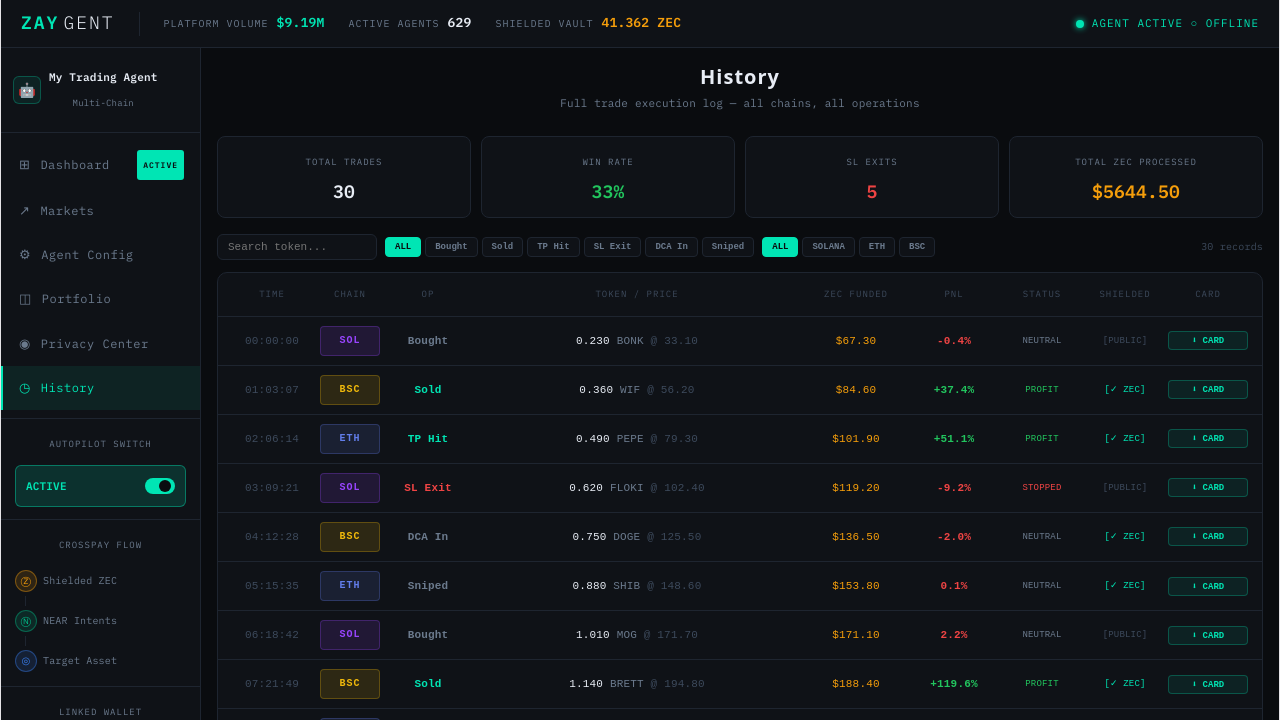
Repository: joshuaonazi/ZayAgent
Page: / (app in zaygent/), after clicking the first element matching `nav > :nth-child(6)`
An editor plug-in stored every save of this project. The page is shown before and after the next save, followed by the edit.
The browser window is 1280 px wide. The pictures show the whole page.
The page's requests for data from a server got no answer. An inner scrolling area shows only its first screen. The project was rebuilt for these pictures with package versions that can differ from the ones it lists, and the page was loaded fresh each time. No one was signed in, and anything a server would have sent is missing. Also part of the build but not shown: zaygent/vite.config.js, zaygent/src/components/ActivityRow.jsx, zaygent/src/pages/Markets.jsx, zaygent/src/pages/AgentConfig.jsx, zaygent/src/components/PnLCard.jsx, zaygent/src/components/PnLCardModal.jsx, zaygent/src/pages/Portfolio.jsx, zaygent/src/pages/PrivacyCenter.jsx.

Above is the page before, as saved 2026-06-03 23:47:28.

### zaygent/index.html
<!doctype html>
<html lang="en">
  <head>
    <meta charset="UTF-8" />
    <link rel="icon" type="image/svg+xml" href="/favicon.svg" />
    <meta name="viewport" content="width=device-width, initial-scale=1.0" />
    <title>zaygent</title>
  </head>
  <body>
    <div id="root"></div>
    <script type="module" src="/src/main.jsx"></script>
  </body>
</html>

### zaygent/src/index.css
:root {
  --text: #6b6375;
  --text-h: #08060d;
  --bg: #fff;
  --border: #e5e4e7;
  --code-bg: #f4f3ec;
  --accent: #aa3bff;
  --accent-bg: rgba(170, 59, 255, 0.1);
  --accent-border: rgba(170, 59, 255, 0.5);
  --social-bg: rgba(244, 243, 236, 0.5);
  --shadow:
    rgba(0, 0, 0, 0.1) 0 10px 15px -3px, rgba(0, 0, 0, 0.05) 0 4px 6px -2px;

  --sans: system-ui, 'Segoe UI', Roboto, sans-serif;
  --heading: system-ui, 'Segoe UI', Roboto, sans-serif;
  --mono: ui-monospace, Consolas, monospace;

  font: 18px/145% var(--sans);
  letter-spacing: 0.18px;
  color-scheme: light dark;
  color: var(--text);
  background: var(--bg);
  font-synthesis: none;
  text-rendering: optimizeLegibility;
  -webkit-font-smoothing: antialiased;
  -moz-osx-font-smoothing: grayscale;

  @media (max-width: 1024px) {
    font-size: 16px;
  }
}

@media (prefers-color-scheme: dark) {
  :root {
    --text: #9ca3af;
    --text-h: #f3f4f6;
    --bg: #16171d;
    --border: #2e303a;
    --code-bg: #1f2028;
    --accent: #c084fc;
    --accent-bg: rgba(192, 132, 252, 0.15);
    --accent-border: rgba(192, 132, 252, 0.5);
    --social-bg: rgba(47, 48, 58, 0.5);
    --shadow:
      rgba(0, 0, 0, 0.4) 0 10px 15px -3px, rgba(0, 0, 0, 0.25) 0 4px 6px -2px;
  }

  #social .button-icon {
    filter: invert(1) brightness(2);
  }
}

body {
  margin: 0;
}

#root {
  width: 1126px;
  max-width: 100%;
  margin: 0 auto;
  text-align: center;
  border-inline: 1px solid var(--border);
  min-height: 100svh;
  display: flex;
  flex-direction: column;
  box-sizing: border-box;
}

h1,
h2 {
  font-family: var(--heading);
  font-weight: 500;
  color: var(--text-h);
}

h1 {
  font-size: 56px;
  letter-spacing: -1.68px;
  margin: 32px 0;
  @media (max-width: 1024px) {
    font-size: 36px;
    margin: 20px 0;
  }
}
h2 {
  font-size: 24px;
  line-height: 118%;
  letter-spacing: -0.24px;
  margin: 0 0 8px;
  @media (max-width: 1024px) {
    font-size: 20px;
  }
}
p {
  margin: 0;
}

code,
.counter {
  font-family: var(--mono);
  display: inline-flex;
  border-radius: 4px;
  color: var(--text-h);
}

code {
  font-size: 15px;
  line-height: 135%;
  padding: 4px 8px;
  background: var(--code-bg);
}

* {
  margin: 0;
  padding: 0;
  box-sizing: border-box;
}

html, body, #root {
  width: 100%;
  height: 100%;
  overflow: hidden;
}

### zaygent/src/App.jsx
import Zaygent from './zaygent';
export default function App() { return <Zaygent />; }

### zaygent/src/zaygent.jsx
import { useState, useEffect } from "react";
import useSocket from "./hooks/useSocket";
import { COLORS, tokens, ops } from "./constants/colors";

// Pages
import Dashboard    from "./pages/Dashboard";
import Markets      from "./pages/Markets";
import AgentConfig  from "./pages/AgentConfig";
import Portfolio    from "./pages/Portfolio";
import PrivacyCenter from "./pages/PrivacyCenter";
import History      from "./pages/History";

function randomActivity() {
  const chainKeys = ["SOLANA", "BSC", "BASE"];
  const chain  = chainKeys[Math.floor(Math.random() * 3)];
  const token  = tokens[Math.floor(Math.random() * tokens.length)];
  const op     = ops[Math.floor(Math.random() * ops.length)];
  const amount = (Math.random() * 2 + 0.1).toFixed(3);
  const price  = (Math.random() * 200 + 10).toFixed(2);
  const zec    = (Math.random() * 300 + 50).toFixed(2);
  const now    = new Date();
  const ts     = `${String(now.getHours()).padStart(2,"0")}:${String(now.getMinutes()).padStart(2,"0")}:${String(now.getSeconds()).padStart(2,"0")}`;
  const isProfit = op === "TP Hit" || op === "Sold";
  return { chain, token, op, amount, price, zec, ts, shielded: Math.random() > 0.3, profit: isProfit, id: Math.random() };
}

const navItems = [
  { icon: "⊞", label: "Dashboard"     },
  { icon: "↗", label: "Markets"       },
  { icon: "⚙", label: "Agent Config"  },
  { icon: "◫", label: "Portfolio"     },
  { icon: "◉", label: "Privacy Center"},
  { icon: "◷", label: "History"       },
];

export default function Zaygent() {
  const [activeNav,    setActiveNav]    = useState("Dashboard");
  const [agentActive,  setAgentActive]  = useState(true);
  const { activities, freshIds, connected } = useSocket(agentActive);
  const [totalVolume]                   = useState((Math.random() * 9  + 1).toFixed(2));
  const [activeAgents]                  = useState(Math.floor(Math.random() * 800 + 200));
  const [vaultBalance]                  = useState((Math.random() * 40 + 10).toFixed(3));

  // useEffect(() => {
  //   if (!agentActive) return;
  //   const iv = setInterval(() => {
  //     const newItem = { ...randomActivity() };
  //     setActivities(prev => [newItem, ...prev].slice(0, 40));
  //     setFreshIds(prev => new Set([...prev, newItem.id]));
  //     setTimeout(() => setFreshIds(prev => { const n = new Set(prev); n.delete(newItem.id); return n; }), 1200);
  //   }, 1800);
  //   return () => clearInterval(iv);
  // }, [agentActive]);

  const renderPage = () => {
    switch (activeNav) {
      case "Markets":        return <Markets />;
      case "Agent Config":   return <AgentConfig />;
      case "Portfolio":      return <Portfolio />;
      case "Privacy Center": return <PrivacyCenter />;
      case "History":        return <History />;
      default:               return <Dashboard agentActive={agentActive} activities={activities} freshIds={freshIds} />;
    }
  };

  return (
    <div style={{ background: COLORS.bg, height: "100vh", fontFamily: "'IBM Plex Mono', 'Courier New', monospace", display: "flex", flexDirection: "column", overflow: "hidden" }}>
      <link href="https://fonts.googleapis.com/css2?family=IBM+Plex+Mono:wght@300;400;500;600&display=swap" rel="stylesheet" />

      {/* ── Top Ribbon ─────────────────────────────────────────────────────── */}
      <div style={{ background: COLORS.bgCard, borderBottom: `1px solid ${COLORS.border}`, padding: "0 20px", display: "flex", alignItems: "center", gap: 24, height: 48, flexShrink: 0 }}>
        <div style={{ display: "flex", alignItems: "center", gap: 4 }}>
          <span style={{ color: COLORS.teal,        fontSize: 18, fontWeight: 700, letterSpacing: 2 }}>ZAY</span>
          <span style={{ color: COLORS.textPrimary, fontSize: 18, fontWeight: 300, letterSpacing: 2 }}>GENT</span>
        </div>
        <div style={{ width: 1, height: 24, background: COLORS.border }} />
        <div style={{ display: "flex", gap: 24, flex: 1 }}>
          {[
            { label: "Platform Volume", value: `$${totalVolume}M`, color: COLORS.teal         },
            { label: "Active Agents",   value: activeAgents.toLocaleString(), color: COLORS.textPrimary },
            { label: "Shielded Vault",  value: `${vaultBalance} ZEC`, color: COLORS.amber     },
          ].map(m => (
            <div key={m.label} style={{ display: "flex", gap: 8, alignItems: "baseline" }}>
              <span style={{ fontSize: 10, color: COLORS.textSecondary, letterSpacing: 1 }}>{m.label.toUpperCase()}</span>
              <span style={{ fontSize: 13, fontWeight: 600, color: m.color }}>{m.value}</span>
            </div>
          ))}
        </div>
        <div style={{ display: "flex", alignItems: "center", gap: 8 }}>
          <div style={{ width: 8, height: 8, borderRadius: "50%", background: agentActive ? COLORS.teal : COLORS.red, boxShadow: agentActive ? `0 0 6px ${COLORS.teal}` : "none" }} />
          <span style={{ fontSize: 11, color: agentActive ? COLORS.teal : COLORS.red, letterSpacing: 1 }}>
            {agentActive ? "AGENT ACTIVE" : "AGENT PAUSED"} {connected ? "● LIVE" : "○ OFFLINE"}
          </span>
        </div>
      </div>

      <div style={{ display: "flex", flex: 1, overflow: "hidden" }}>

        {/* ── Sidebar ──────────────────────────────────────────────────────── */}
        <div style={{ width: 200, background: COLORS.bgCard, borderRight: `1px solid ${COLORS.border}`, display: "flex", flexDirection: "column", flexShrink: 0, overflow: "auto" }}>

          {/* Agent Identity */}
          <div style={{ padding: "16px 12px", borderBottom: `1px solid ${COLORS.border}` }}>
            <div style={{ display: "flex", alignItems: "center", gap: 8 }}>
              <div style={{ width: 28, height: 28, borderRadius: 6, background: COLORS.tealFaint, border: `1px solid ${COLORS.teal}44`, display: "flex", alignItems: "center", justifyContent: "center" }}>
                <span style={{ fontSize: 14 }}>🤖</span>
              </div>
              <div>
                <div style={{ fontSize: 11, fontWeight: 600, color: COLORS.textPrimary }}>My Trading Agent</div>
                <div style={{ fontSize: 9,  color: COLORS.textSecondary }}>Multi-Chain</div>
              </div>
            </div>
          </div>

          {/* Navigation */}
          <nav style={{ padding: "8px 0" }}>
            {navItems.map(n => (
              <div key={n.label} onClick={() => setActiveNav(n.label)}
                style={{ display: "flex", alignItems: "center", gap: 10, padding: "9px 16px", cursor: "pointer", fontSize: 12, letterSpacing: 0.5, color: activeNav === n.label ? COLORS.teal : COLORS.textSecondary, background: activeNav === n.label ? COLORS.tealFaint : "transparent", borderLeft: activeNav === n.label ? `2px solid ${COLORS.teal}` : "2px solid transparent", transition: "all 0.15s" }}>
                <span style={{ fontSize: 13 }}>{n.icon}</span>
                {n.label}
                {n.label === "Dashboard" && (
                  <span style={{ marginLeft: "auto", background: COLORS.teal, color: COLORS.bg, fontSize: 8, padding: "2px 6px", borderRadius: 3, fontWeight: 700, letterSpacing: 1 }}>ACTIVE</span>
                )}
              </div>
            ))}
          </nav>

          {/* Autopilot Switch */}
          <div style={{ padding: "12px 14px", borderTop: `1px solid ${COLORS.border}`, borderBottom: `1px solid ${COLORS.border}` }}>
            <div style={{ fontSize: 9, color: COLORS.textSecondary, letterSpacing: 1, marginBottom: 8 }}>AUTOPILOT SWITCH</div>
            <div onClick={() => setAgentActive(a => !a)}
              style={{ display: "flex", alignItems: "center", justifyContent: "space-between", background: agentActive ? COLORS.tealGlow : COLORS.bgCardHover, border: `1px solid ${agentActive ? COLORS.teal + "66" : COLORS.border}`, borderRadius: 6, padding: "7px 10px", cursor: "pointer", transition: "all 0.2s" }}>
              <span style={{ fontSize: 11, color: agentActive ? COLORS.teal : COLORS.textSecondary, fontWeight: 600 }}>
                {agentActive ? "ACTIVE" : "PAUSED"}
              </span>
              <div style={{ width: 30, height: 16, borderRadius: 8, background: agentActive ? COLORS.teal : COLORS.border, position: "relative", transition: "background 0.2s" }}>
                <div style={{ position: "absolute", top: 2, left: agentActive ? 14 : 2, width: 12, height: 12, borderRadius: "50%", background: agentActive ? COLORS.bg : COLORS.textMuted, transition: "left 0.2s" }} />
              </div>
            </div>
          </div>

          {/* CrossPay Flow */}
          <div style={{ padding: "12px 14px", borderBottom: `1px solid ${COLORS.border}` }}>
            <div style={{ fontSize: 9, color: COLORS.textSecondary, letterSpacing: 1, marginBottom: 10 }}>CROSSPAY FLOW</div>
            {[
              { label: "Shielded ZEC",  color: COLORS.amber, icon: "Ⓩ" },
              { label: "NEAR Intents",  color: COLORS.near,  icon: "Ⓝ" },
              { label: "Target Asset",  color: COLORS.blue,  icon: "◎" },
            ].map((step, i) => (
              <div key={step.label}>
                <div style={{ display: "flex", alignItems: "center", gap: 6 }}>
                  <div style={{ width: 22, height: 22, borderRadius: "50%", background: step.color + "22", border: `1px solid ${step.color}66`, display: "flex", alignItems: "center", justifyContent: "center", fontSize: 10, color: step.color }}>
                    {step.icon}
                  </div>
                  <span style={{ fontSize: 10, color: COLORS.textSecondary }}>{step.label}</span>
                </div>
                {i < 2 && <div style={{ width: 1, height: 10, background: COLORS.border, margin: "2px 10px" }} />}
              </div>
            ))}
          </div>

          {/* Wallet */}
          <div style={{ padding: "12px 14px" }}>
            <div style={{ fontSize: 9, color: COLORS.textSecondary, letterSpacing: 1, marginBottom: 6 }}>LINKED WALLET</div>
            <div style={{ fontSize: 10, color: COLORS.teal }}>Z...shielded</div>
            <div style={{ fontSize: 9, color: COLORS.textMuted, marginTop: 2 }}>ZEC balance</div>
            <div style={{ marginTop: 8, fontSize: 9, color: COLORS.textSecondary }}>Monitoring: BSC · Base · SOL</div>
          </div>
        </div>

        {/* ── Page Content ─────────────────────────────────────────────────── */}
        <div style={{ flex: 1, overflow: "auto", padding: 16 }}>
          {renderPage()}
        </div>
      </div>

      <style>{`
        @keyframes pulse { 0%,100%{opacity:1} 50%{opacity:0.3} }
        ::-webkit-scrollbar       { width: 4px; height: 4px; }
        ::-webkit-scrollbar-track { background: ${COLORS.bg}; }
        ::-webkit-scrollbar-thumb { background: ${COLORS.border}; border-radius: 2px; }
        select option             { background: #0f1217; color: #e8edf5; }
      `}</style>
    </div>
  );
}

### zaygent/src/pages/History.jsx
import { useState } from "react";
import { COLORS, chains, ops, HISTORY_SEED } from "../constants/colors";
import Badge from "../components/Badge";
import StatCard from "../components/StatCard";
import PnLCardModal from "../components/PnLCardModal";

export default function History() {
  const [filterOp,    setFilterOp]    = useState("ALL");
  const [filterChain, setFilterChain] = useState("ALL");
  const [search,      setSearch]      = useState("");
  const [selectedTrade, setSelectedTrade] = useState(null);

  const filtered = HISTORY_SEED.filter(h =>
    (filterOp    === "ALL" || h.op    === filterOp)    &&
    (filterChain === "ALL" || h.chain === filterChain) &&
    h.token.toLowerCase().includes(search.toLowerCase())
  );

  const wins     = HISTORY_SEED.filter(h => h.profit).length;
  const losses   = HISTORY_SEED.filter(h => h.op === "SL Exit").length;
  const totalZec = HISTORY_SEED.reduce((s, h) => s + parseFloat(h.zec), 0).toFixed(2);

  const inputStyle = {
    background: COLORS.bgCard, border: `1px solid ${COLORS.border}`,
    borderRadius: 6, padding: "6px 10px", color: COLORS.textPrimary,
    fontSize: 11, fontFamily: "monospace", outline: "none",
  };

  return (
    <div>
      {/* PnL Card Modal */}
      {selectedTrade && (
        <PnLCardModal
          trade={selectedTrade}
          onClose={() => setSelectedTrade(null)}
        />
      )}

      <div style={{ marginBottom: 20 }}>
        <h1 style={{ margin: 0, fontSize: 20, fontWeight: 600, color: COLORS.textPrimary, letterSpacing: 1 }}>History</h1>
        <p style={{ margin: 0, fontSize: 11, color: COLORS.textSecondary }}>Full trade execution log — all chains, all operations</p>
      </div>

      <div style={{ display: "grid", gridTemplateColumns: "repeat(4, 1fr)", gap: 10, marginBottom: 16 }}>
        <StatCard label="Total Trades"        value={HISTORY_SEED.length} />
        <StatCard label="Win Rate"            value={`${((wins / HISTORY_SEED.length) * 100).toFixed(0)}%`} color={COLORS.green} />
        <StatCard label="SL Exits"            value={losses}   color={COLORS.red}   />
        <StatCard label="Total ZEC Processed" value={`$${totalZec}`} color={COLORS.amber} />
      </div>

      {/* Filters */}
      <div style={{ display: "flex", gap: 8, marginBottom: 12, flexWrap: "wrap", alignItems: "center" }}>
        <input value={search} onChange={e => setSearch(e.target.value)} placeholder="Search token..."
          style={{ ...inputStyle, width: 160 }} />
        <div style={{ display: "flex", gap: 4, flexWrap: "wrap" }}>
          {["ALL", ...ops].map(o => (
            <button key={o} onClick={() => setFilterOp(o)} style={{
              background: filterOp === o ? COLORS.teal : COLORS.bgCard,
              color:      filterOp === o ? COLORS.bg   : COLORS.textSecondary,
              border:     `1px solid ${filterOp === o ? COLORS.teal : COLORS.border}`,
              borderRadius: 4, padding: "4px 9px", fontSize: 9,
              fontFamily: "monospace", cursor: "pointer", fontWeight: 600,
            }}>{o}</button>
          ))}
        </div>
        <div style={{ display: "flex", gap: 4 }}>
          {["ALL", "SOLANA", "ETH", "BSC"].map(c => (
            <button key={c} onClick={() => setFilterChain(c)} style={{
              background: filterChain === c ? (chains[c]?.color || COLORS.teal) : COLORS.bgCard,
              color:      filterChain === c ? COLORS.bg : COLORS.textSecondary,
              border:     `1px solid ${filterChain === c ? (chains[c]?.color || COLORS.teal) : COLORS.border}`,
              borderRadius: 4, padding: "4px 9px", fontSize: 9,
              fontFamily: "monospace", cursor: "pointer", fontWeight: 600,
            }}>{c}</button>
          ))}
        </div>
        <span style={{ fontSize: 10, color: COLORS.textMuted, marginLeft: "auto" }}>{filtered.length} records</span>
      </div>

      {/* Table */}
      <div style={{ background: COLORS.bgCard, border: `1px solid ${COLORS.border}`, borderRadius: 10, overflow: "hidden" }}>
        <div style={{ display: "grid", gridTemplateColumns: "80px 60px 80px 1fr 100px 80px 80px 70px 80px", gap: 8, padding: "8px 14px", borderBottom: `1px solid ${COLORS.border}` }}>
          {["TIME", "CHAIN", "OP", "TOKEN / PRICE", "ZEC FUNDED", "PNL", "STATUS", "SHIELDED", "CARD"].map(h => (
            <span key={h} style={{ fontSize: 9, color: COLORS.textMuted, letterSpacing: 1 }}>{h}</span>
          ))}
        </div>
        <div style={{ maxHeight: 420, overflow: "auto" }}>
          {filtered.map(item => (
            <div key={item.id} style={{
              display: "grid", gridTemplateColumns: "80px 60px 80px 1fr 100px 80px 80px 70px 80px",
              gap: 8, padding: "9px 14px", borderBottom: `1px solid ${COLORS.border}`,
              fontSize: 11, fontFamily: "monospace", alignItems: "center",
            }}>
              <span style={{ color: COLORS.textMuted }}>{item.ts}</span>
              <Badge chain={item.chain} />
              <span style={{ color: item.profit ? COLORS.teal : item.op === "SL Exit" ? COLORS.red : COLORS.textSecondary, fontWeight: 600 }}>
                {item.op}
              </span>
              <span style={{ color: COLORS.textPrimary }}>
                {item.amount}{" "}
                <span style={{ color: COLORS.textSecondary }}>{item.token}</span>{" "}
                <span style={{ color: COLORS.textMuted }}>@ {item.price}</span>
              </span>
              <span style={{ color: COLORS.amber }}>${item.zec}</span>
              <span style={{ color: item.pnl?.startsWith("+") ? COLORS.green : COLORS.red, fontWeight: 700 }}>
                {item.pnl || "—"}
              </span>
              <span style={{ fontSize: 9, color: item.profit ? COLORS.green : item.op === "SL Exit" ? COLORS.red : COLORS.textSecondary }}>
                {item.profit ? "PROFIT" : item.op === "SL Exit" ? "STOPPED" : "NEUTRAL"}
              </span>
              <span style={{ fontSize: 9, color: item.shielded ? COLORS.teal : COLORS.textMuted }}>
                {item.shielded ? "[✓ ZEC]" : "[PUBLIC]"}
              </span>
              <button
                onClick={() => setSelectedTrade(item)}
                style={{ background: COLORS.tealFaint, color: COLORS.teal, border: `1px solid ${COLORS.teal}44`, borderRadius: 4, padding: "3px 8px", fontSize: 9, fontFamily: "monospace", cursor: "pointer", fontWeight: 700 }}>
                ⬇ CARD
              </button>
            </div>
          ))}
        </div>
      </div>
    </div>
  );
}

### zaygent/src/components/Badge.jsx
import { chains } from "../constants/colors";

export default function Badge({ chain }) {
  const c = chains[chain] || chains.BSC;
  return (
    <span style={{
      background: c.color + "22",
      color: c.color,
      border: `1px solid ${c.color}44`,
      borderRadius: 4,
      padding: "1px 6px",
      fontSize: 10,
      fontFamily: "monospace",
      fontWeight: 700,
      letterSpacing: 1,
    }}>
      {c.label}
    </span>
  );
}

### zaygent/src/components/DonutChart.jsx
import { COLORS } from "../constants/colors";

export default function DonutChart({ data, size: sizeProp, label, sublabel }) {
  const size   = sizeProp || 120;
  const cx     = size / 2;
  const cy     = size / 2;
  const r      = size * 0.367;
  const stroke = size * 0.117;
  const total  = data.reduce((s, d) => s + d.value, 0);

  let offset = 0;
  const slices = data.map((d) => {
    const len  = (d.value / total) * (2 * Math.PI * r);
    const gap  = 3;
    const slice = {
      ...d,
      dashArray:  `${len - gap} ${2 * Math.PI * r - len + gap}`,
      dashOffset: -offset,
    };
    offset += len;
    return slice;
  });

  return (
    <svg width={size} height={size} viewBox={`0 0 ${size} ${size}`}>
      <circle cx={cx} cy={cy} r={r} fill="none" stroke={COLORS.border} strokeWidth={stroke} />
      {slices.map((s, i) => (
        <circle
          key={i} cx={cx} cy={cy} r={r}
          fill="none"
          stroke={s.color}
          strokeWidth={stroke}
          strokeDasharray={s.dashArray}
          strokeDashoffset={s.dashOffset}
          strokeLinecap="round"
          style={{ transform: "rotate(-90deg)", transformOrigin: "center" }}
        />
      ))}
      {label && (
        <text x={cx} y={cy - 4} textAnchor="middle" fill={COLORS.teal}
          fontSize={size * 0.108} fontWeight="600" fontFamily="monospace">
          {label}
        </text>
      )}
      {sublabel && (
        <text x={cx} y={cy + size * 0.1} textAnchor="middle" fill={COLORS.textSecondary}
          fontSize={size * 0.075} fontFamily="monospace">
          {sublabel}
        </text>
      )}
    </svg>
  );
}

### zaygent/src/components/StatCard.jsx
import { COLORS } from "../constants/colors";

export default function StatCard({ label, value, color }) {
  return (
    <div style={{
      background: COLORS.bgCard,
      border: `1px solid ${COLORS.border}`,
      borderRadius: 8,
      padding: "12px 14px",
    }}>
      <div style={{ fontSize: 9, color: COLORS.textSecondary, letterSpacing: 1, marginBottom: 4 }}>
        {label.toUpperCase()}
      </div>
      <div style={{ fontSize: 18, fontWeight: 600, color: color || COLORS.textPrimary }}>
        {value}
      </div>
    </div>
  );
}

Loaded but not shown: zaygent/src/main.jsx (common file); zaygent/src/constants/colors.js (67 lines, source omitted); zaygent/src/hooks/useSocket.js (57 lines, source omitted); zaygent/src/pages/Dashboard.jsx (239 lines, source omitted)

After the next save:
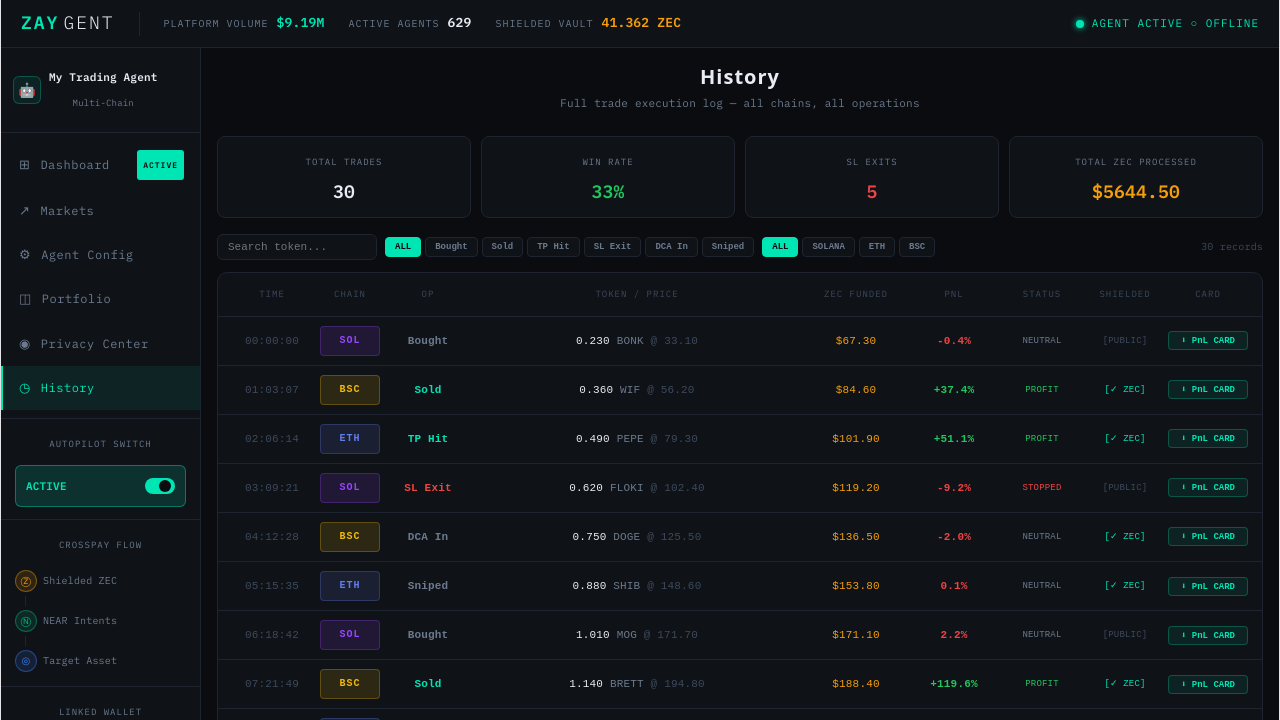
Saved 17 min 17 s later.
--- a/zaygent/src/pages/History.jsx
+++ b/zaygent/src/pages/History.jsx
@@ -114,7 +114,7 @@ export default function History() {
               <button
                 onClick={() => setSelectedTrade(item)}
                 style={{ background: COLORS.tealFaint, color: COLORS.teal, border: `1px solid ${COLORS.teal}44`, borderRadius: 4, padding: "3px 8px", fontSize: 9, fontFamily: "monospace", cursor: "pointer", fontWeight: 700 }}>
-                ⬇ CARD
+                ⬇ PnL CARD
               </button>
             </div>
           ))}
